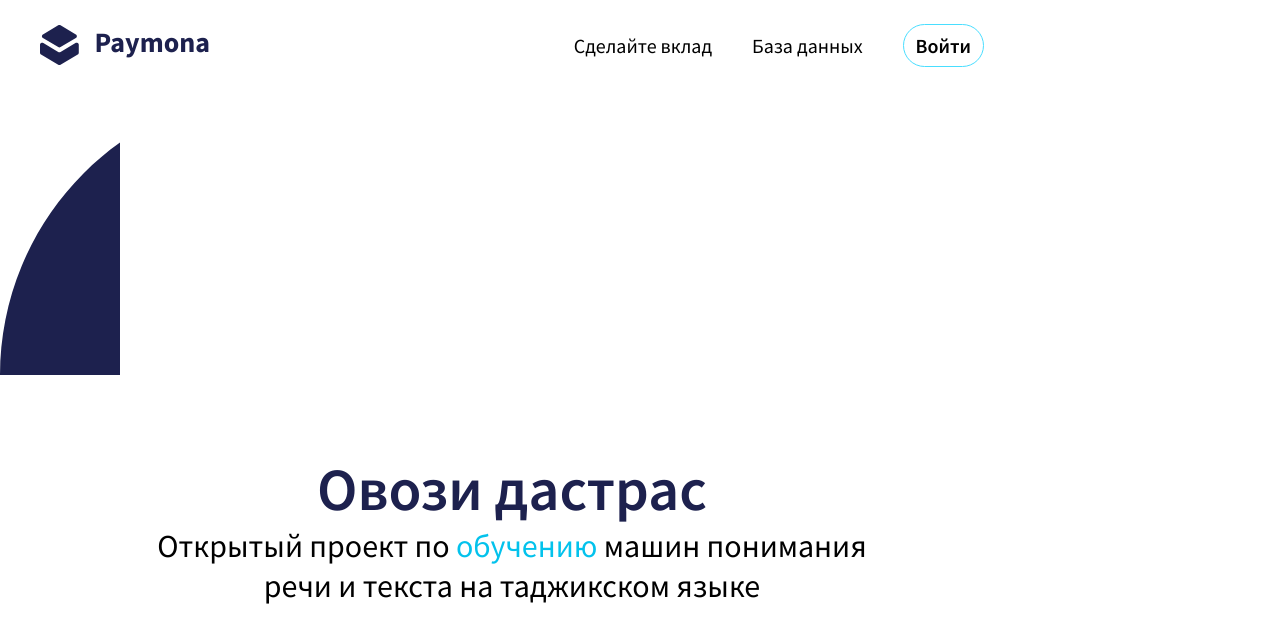
Repository: Amin444/Paymona-Sadp
Page: index.html
The author's editor kept a copy of each file at every save. The page is drawn from the files as they stood at one save, then again after the next save.
The browser window is 1280 px wide. The pictures show the whole page.

Above is the page before, as saved 2021-11-11 14:28:42.

### index.html
<!DOCTYPE html>
<html lang="en">
<head>
  <meta charset="UTF-8">
  <link rel="stylesheet" href="./style.css">
  <meta http-equiv="X-UA-Compatible" content="IE=edge">
  <meta name="viewport" content="width=device-width, initial-scale=1.0">
  <title>Paymona Sado</title>
</head>
<body>

  <div class="root">
      <div class="container">
        <div class="header">
          <div class="logoBlock">
            <img src="./img/logo.svg" class="logo" alt="">
            <p class='textLogo'>Paymona</p>
          </div>

          <div class="menu">
             <div class="items">Сделайте вклад</div>
             <div class="items">База данных</div>
             <div class="items border">Войти</div>
          </div>

        </div>

         <div class="elips">
           <svg width="120" height="285" viewBox="0 0 120 285" fill="none" xmlns="http://www.w3.org/2000/svg">
             <path d="M285 -1.24577e-05C247.573 -1.08218e-05 210.513 7.37176 175.935 21.6943C141.357 36.0169 109.939 57.0099 83.4745 83.4746C57.0098 109.939 36.0169 141.357 21.6943 175.935C7.37172 210.513 -1.57297e-05 247.573 -1.24577e-05 285L285 285L285 -1.24577e-05Z" fill="#1D214E"/>
           </svg>
         </div>

        <div class="title">
           <h1>Овози дастрас</h1>
           <p class="desc">Открытый проект по <blue>обучению</blue> машин понимания <br> речи и текста на таджикском языке</p>
        </div>
      </div>

  </div>

</body>
</html>

### style.css
@import url('https://fonts.googleapis.com/css2?family=Source+Sans+Pro:ital,wght@0,200;0,300;0,400;0,600;0,700;0,900;1,200;1,300;1,400;1,600;1,700;1,900&display=swap');

*{
  margin: 0;
  padding: 0;
  border: none;
  outline: none;
  font-family: 'Source Sans Pro', sans-serif;
  font-weight: 500;

}

.root{
  width: 80vw;

}
.header{
  height: 90px;
  padding: 0 40px;
  display: flex;
  align-items: center;
  justify-content: space-between;
}

.textLogo{
  color: #1D214E;
  font-weight: 700;
  font-size: 28px;
  line-height: 35px;
}

.logo{
  width: 40px;
  height: 40px;
}
.logoBlock{
  width:170px;
  display: flex;
  justify-content: space-between;
}
.menu{
  display: flex;
  gap: 40px;
  align-items: center;
  font-weight: 400;
  font-size: 20px;
  line-height:25px;
}
.items{
  cursor: pointer;
}
.border{
  padding: 8px 12px;
  border: 1px solid rgba(73, 222, 255, 1);
  border-radius: 50px;
  font-weight: 600;
}
.title{
  margin-top: 72px;
  display: flex;
  flex-direction: column;
  align-items: center;
}

h1{
  color: rgba(29, 33, 78, 1);
  font-weight: 600;
  font-size: 60px;
  line-height:75px;
}
.desc{
  font-weight: 400;
  font-size: 32px;
  text-align: center;
}
blue{
  color: rgba(3, 194, 236, 1);
}
.elips{

}

### img/logo.svg
<svg width="24" height="24" viewBox="0 0 24 24" fill="none" xmlns="http://www.w3.org/2000/svg">
<path d="M23.2727 11.9119V16.6433C23.2731 16.8543 23.2169 17.0618 23.1094 17.2464C23.0019 17.4309 22.8466 17.5864 22.6582 17.6981L12.3229 23.8128C12.1153 23.9351 11.8758 24 11.6314 24C11.387 24 11.1475 23.9351 10.9399 23.8128L0.616444 17.6943C0.427833 17.5828 0.272261 17.4273 0.164406 17.2428C0.0565516 17.0583 -2.98523e-05 16.8507 1.18183e-08 16.6396V11.9119C-3.13489e-05 11.6902 0.0623511 11.4726 0.180679 11.2816C0.299007 11.0906 0.468973 10.9331 0.672954 10.8255C0.876934 10.7179 1.1075 10.6641 1.34075 10.6696C1.574 10.6752 1.80144 10.7399 1.99949 10.8571L10.9399 16.1535C11.1475 16.2758 11.387 16.3407 11.6314 16.3407C11.8758 16.3407 12.1153 16.2758 12.3229 16.1535L21.2653 10.8571C21.4634 10.7373 21.6918 10.6704 21.9264 10.6636C22.1611 10.6567 22.3934 10.71 22.5989 10.818C22.8043 10.9259 22.9754 11.0845 23.0939 11.277C23.2125 11.4695 23.2743 11.6888 23.2727 11.9119Z" fill="#1D214E"/>
<path d="M10.9383 13.2688L1.76081 7.81102C1.57388 7.69908 1.41986 7.54397 1.31312 7.36018C1.20638 7.17639 1.15039 6.96991 1.15039 6.76C1.15039 6.5501 1.20638 6.34361 1.31312 6.15982C1.41986 5.97603 1.57388 5.82093 1.76081 5.70898L10.9344 0.193005C11.1431 0.0669478 11.3854 0 11.6328 0C11.8802 0 12.1224 0.0669478 12.3312 0.193005L21.5107 5.70898C21.6976 5.82093 21.8516 5.97603 21.9584 6.15982C22.0651 6.34361 22.1211 6.5501 22.1211 6.76C22.1211 6.96991 22.0651 7.17639 21.9584 7.36018C21.8516 7.54397 21.6976 7.69908 21.5107 7.81102L12.3253 13.2688C12.1173 13.3921 11.877 13.4575 11.6318 13.4575C11.3866 13.4575 11.1463 13.3921 10.9383 13.2688Z" fill="#1D214E"/>
</svg>

After the next save:
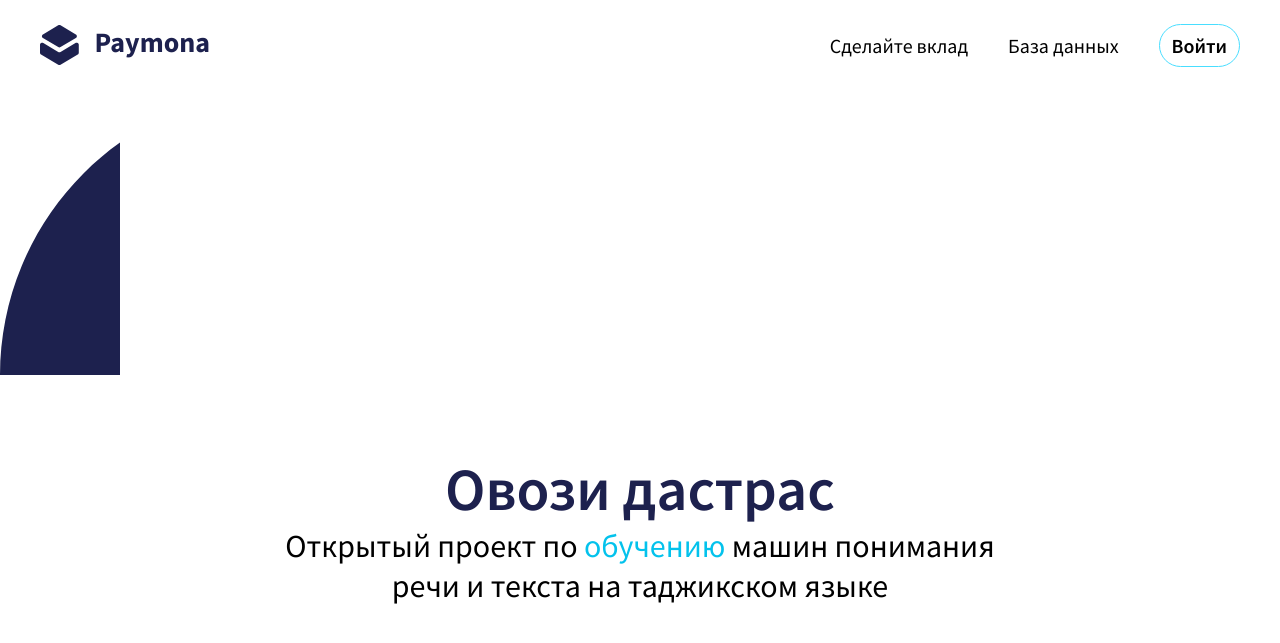
Saved 8 s later.
--- a/style.css
+++ b/style.css
@@ -11,7 +11,7 @@
 }
 
 .root{
-  width: 80vw;
+  width: 100vw;
 
 }
 .header{
